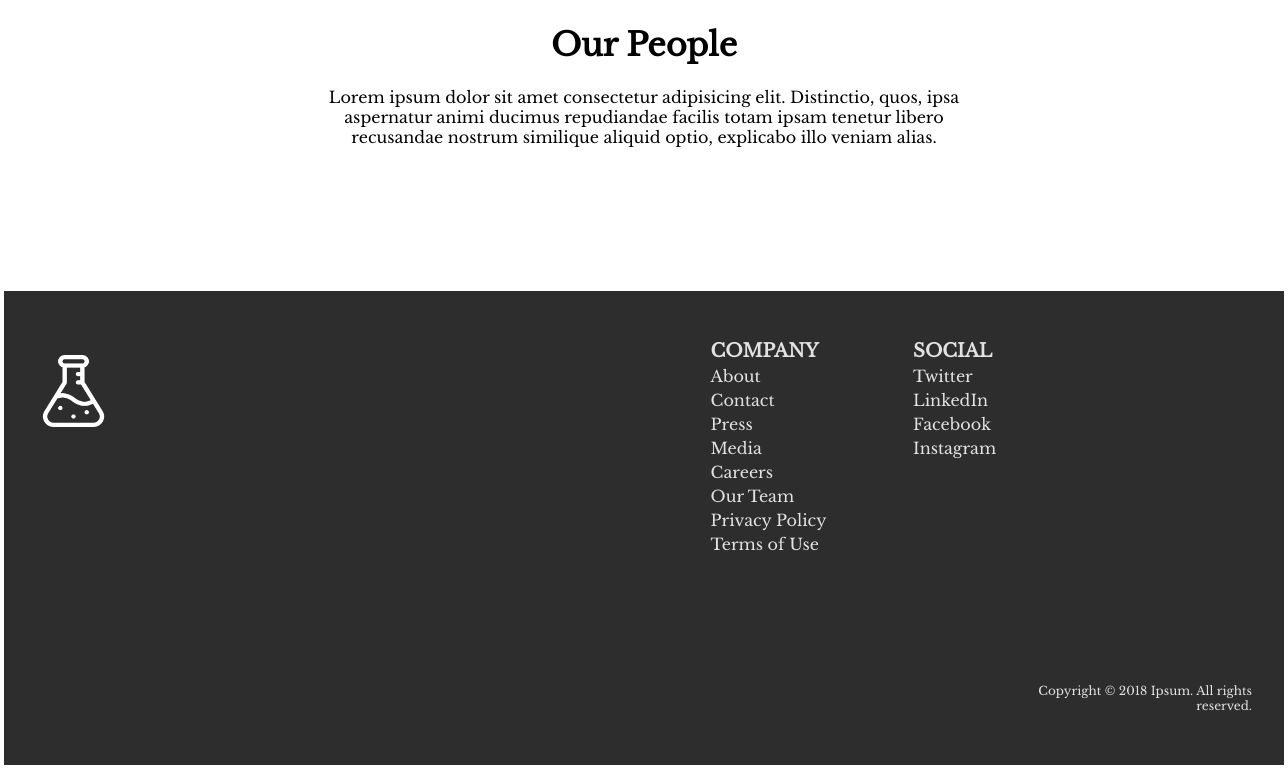
Repository: Tsardines/app
Page: / (app in my-app/)
These files come from the project's save history. The page is drawn as it stood at one moment and after the next save; the edit follows.
The browser window is 1280 px wide. The page is 1288 px wide, so the pictures cover 1288 px, including what lies to the right of the window. The pictures show the whole page.
The page's requests for data from a server got no answer. The project was rebuilt for these pictures with package versions that can differ from the ones it lists, and the page was loaded fresh each time. No one was signed in, and anything a server would have sent is missing.

Above is the page before, as saved 2018-11-14 20:34:42.

### my-app/public/index.html
<!DOCTYPE html>
<html lang="en">
  <head>
    <meta charset="utf-8">
    <meta name="viewport" content="width=device-width, initial-scale=1, shrink-to-fit=no">
    <meta name="theme-color" content="#000000">
    <!--
      manifest.json provides metadata used when your web app is added to the
      homescreen on Android. See https://developers.google.com/web/fundamentals/web-app-manifest/
    -->
    <link rel="manifest" href="%PUBLIC_URL%/manifest.json">
    <link href="https://fonts.googleapis.com/css?family=Libre+Baskerville" rel="stylesheet">
    <!--
      Notice the use of %PUBLIC_URL% in the tags above.
      It will be replaced with the URL of the `public` folder during the build.
      Only files inside the `public` folder can be referenced from the HTML.

      Unlike "/favicon.ico" or "favicon.ico", "%PUBLIC_URL%/favicon.ico" will
      work correctly both with client-side routing and a non-root public URL.
      Learn how to configure a non-root public URL by running `npm run build`.
    -->
    <title>React App</title>
  </head>
  <body>
    <noscript>
      You need to enable JavaScript to run this app.
    </noscript>
    <div id="root"></div>
    <!--
      This HTML file is a template.
      If you open it directly in the browser, you will see an empty page.

      You can add webfonts, meta tags, or analytics to this file.
      The build step will place the bundled scripts into the <body> tag.

      To begin the development, run `npm start` or `yarn start`.
      To create a production bundle, use `npm run build` or `yarn build`.
    -->
  </body>
</html>

### my-app/src/index.css
body {
  margin: 0;
  padding: 0;
  font-family: 'Libre Baskerville', serif;
  -webkit-font-smoothing: antialiased;
  -moz-osx-font-smoothing: grayscale;
}

code {
  font-family: source-code-pro, Menlo, Monaco, Consolas, "Courier New",
    monospace;
}

### my-app/src/App.js
import React, { Component } from 'react';

import Footer from './components/Footer.js';
import './App.css';

class App extends Component {
  constructor(props) {
    super(props);

    this.state = {
      items: []
    };
    this.componentWillMount = this.componentWillMount.bind(this);
  }

  componentWillMount() {
    fetch('https://api.myjson.com/bins/vz2rm')
    .then(res => res.json())
    .then(data => {
      this.setState({ items: data });
    });
  }


  render() {

    const { items } = this.state;

    return (
      <div className="App">

      <span className="our-people"><h1>Our People</h1></span>
      <span className="intro"><p>Lorem ipsum dolor sit amet consectetur adipisicing elit. Distinctio, quos, ipsa aspernatur animi ducimus repudiandae facilis totam ipsam tenetur libero recusandae nostrum similique aliquid optio, explicabo illo veniam alias.</p></span>

          { items.map((item, num) => {
              return (

                <div className="people">

                  <div className="elem">
                    <p key={num}>{item.elems}</p>
                  </div>

                    <p key={num}><strong>{item.name}</strong></p>
                    <p key={num}><small>{item.title}</small></p>

                  <div className="hidden">
                    <p key={num}>{item.email}</p>
                    <p key={num}><strong>Office: </strong>{item.office}</p>
                  </div>

                </div>

              );

            })}

            <Footer />

      </div>
    );
  }
}


export default App;

### my-app/src/components/Footer.js
import React from 'react';
import './Footer.css';
import beaker from './beaker.png';

const Footer = () => {
  return (

    <div className="footer">

    <img src={beaker} alt="beaker" className="beaker"></img>

        <div className="left">
            <ul>
                <span className="footer-title"><li><strong>Company</strong></li></span>
                <a href="#"><li>About</li></a>
                <a href="#"><li>Contact</li></a>
                <a href="#"><li>Press</li></a>
                <a href="#"><li>Media</li></a>
                <a href="#"><li>Careers</li></a>
                <a href="#"><li>Our Team</li></a>
                <a href="#"><li>Privacy Policy</li></a>
                <a href="#"><li>Terms of Use</li></a>
            </ul>
        </div>

        <div className="right">
            <ul>
                <span className="footer-title"><li><strong>Social</strong></li></span>
                <a href="#"><li>Twitter</li></a>
                <a href="#"><li>LinkedIn</li></a>
                <a href="#"><li>Facebook</li></a>
                <a href="#"><li>Instagram</li></a>
            </ul>
        </div>

        <span className="copy">Copyright &copy; 2018 Ipsum. All rights reserved.</span>

    </div>
  );
}

export default Footer;

### my-app/src/App.css
.App {
  display: flex;
  flex-direction: column;
  flex-flow: row nowrap;
  flex-wrap: wrap;
  max-width: 100%;
  overflow-x: hidden;
  padding: 0.25em;
  text-align: center;
  width: 100%;
}

.our-people {
  text-align: center;
  width: 100%;
}

.intro p {
  margin: auto;
  padding-bottom: 5em;
  width: 50%;
}

.people {
  background-color: #f8f8f8;
  border: 1px solid rgb(252, 244, 234);
  height: 22.5vh;
  margin: 0.5em;
  /* max-height: 22vh;
  max-width: 13vw; */
  /* min-height: 22vh;
  min-width: 13vw; */
  padding: 1.5em;
  text-align: left;
  width: 12vw;
}

.elem {
  font-size: 3.45em;
  margin-bottom: -1em;
  margin-top: -1em;
}

.elem:hover {
  color: #87f0f9;
  transition: 0.2s;
}

.hidden {
  font-size: 0.75em;
  opacity: 0.15;
}

.hidden:hover {
  opacity: 1;
  transition: 0.4s;
}

### my-app/src/components/Footer.css
.footer {
    background-color: #2d2d2e;
    color: rgb(226, 226, 226);
    display: flex;
    justify-content: flex-end;
    margin-top: 4em;
    overflow-x: hidden;
    padding: 2em;
    text-align: left;
    width: 100%;
}

.footer a {
    color: rgb(226, 226, 226);
    text-decoration: none;
}

.footer a:hover {
    color: turquoise;
}

.left ul li, .right ul li {
    font-size: 1em;
    list-style-type: none;
    padding-bottom: 0.25em;
}

.left {
    float: left;
    width: 20%;
}

.right {
    float: right;
    height: 10vh;
    width: 15%;
}

.footer-title {
    font-size: 1.15em;
    font-weight: bold;
    text-transform: uppercase;
}

.beaker {
    height: 10vh;
    margin: 2em 35em 0 0;
    width: 7vw;
}

.copy {
    font-size: 0.75em;
    height: 7vh;
    margin-top: 30em;
    text-align: right;
}

Loaded but not shown: my-app/src/index.js (common file); my-app/src/serviceWorker.js (common file)

After the next save:
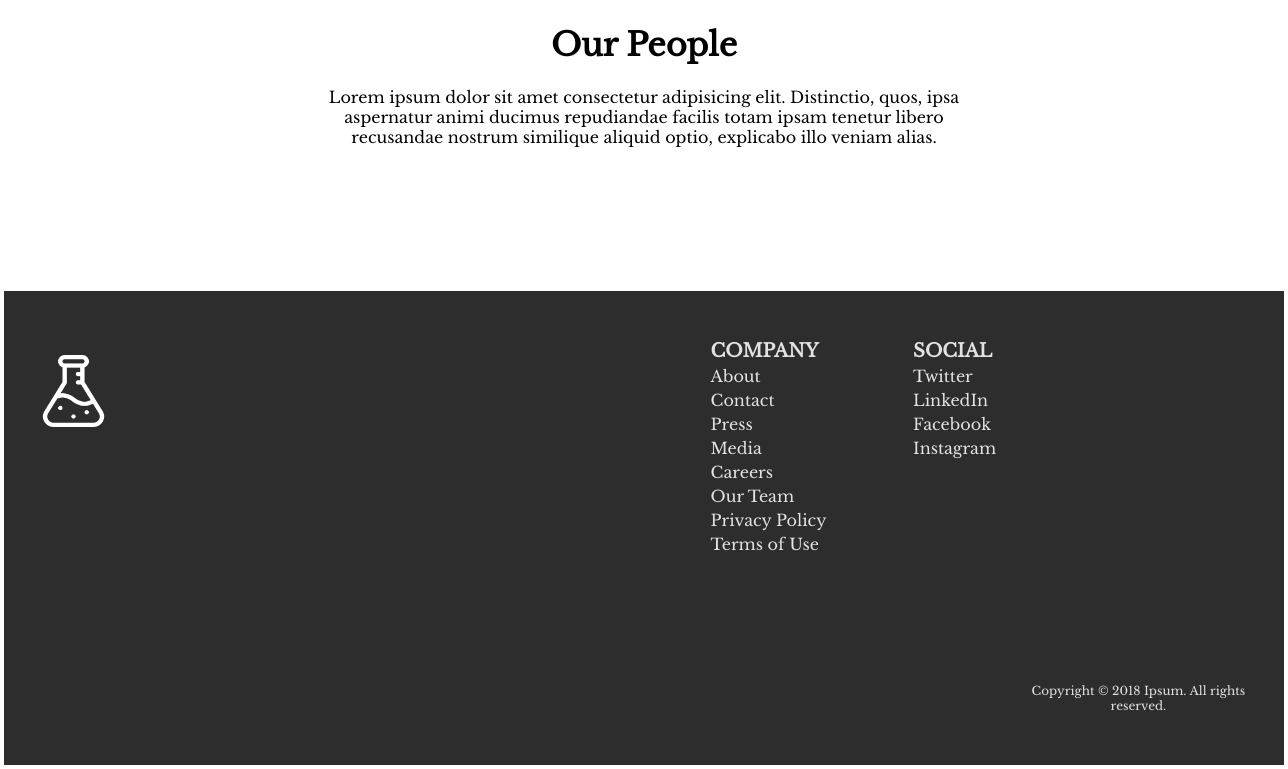
Saved 7 s later.
--- a/my-app/src/components/Footer.css
+++ b/my-app/src/components/Footer.css
@@ -52,5 +52,5 @@
     font-size: 0.75em;
     height: 7vh;
     margin-top: 30em;
-    text-align: right;
+    text-align: center;
 }
